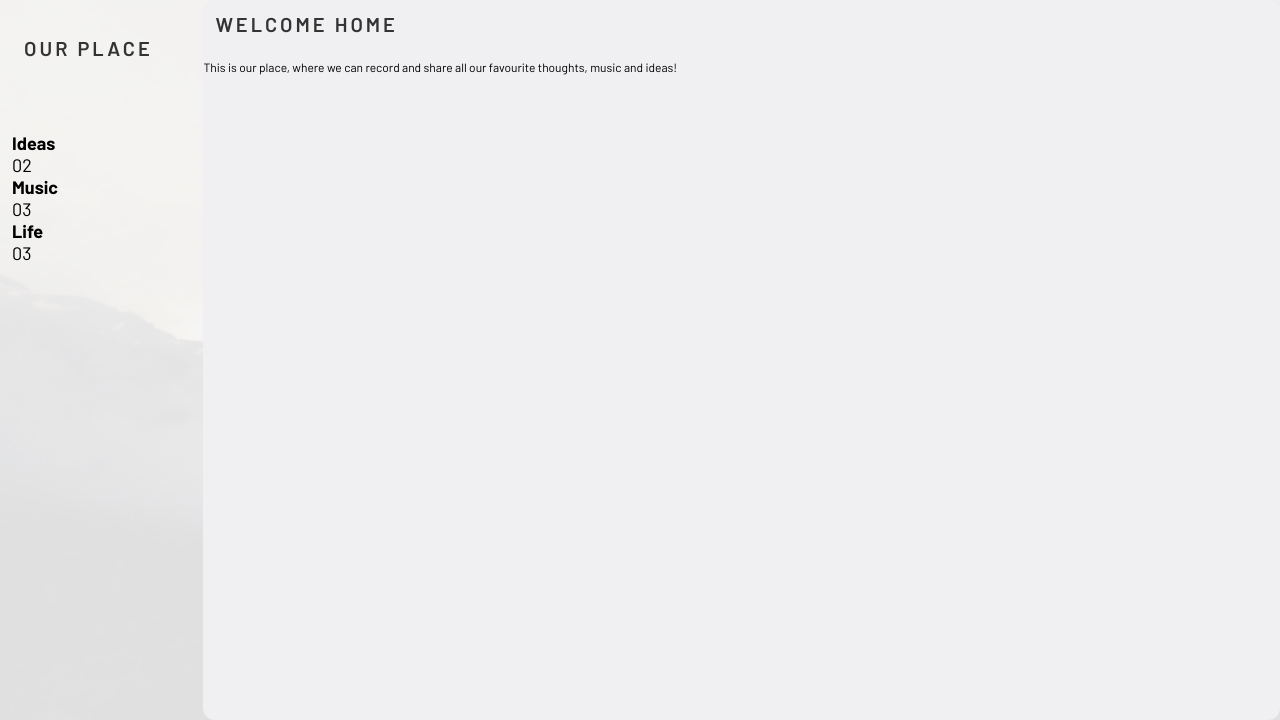
Repository: meghan-kradolfer/our-space-v1
Page: /
These files come from the project's save history. The page is drawn as it stood at one moment and after the next save; the edit follows.
The browser window is 1280 px wide. The pictures show the whole page.
The project was rebuilt for these pictures with package versions that can differ from the ones it lists, and the page was loaded fresh each time. Also part of the build but not shown: src/containers/music/index.js, src/components/footer.js.

Above is the page before, as saved 2017-11-17 20:05:58.

After the next save:
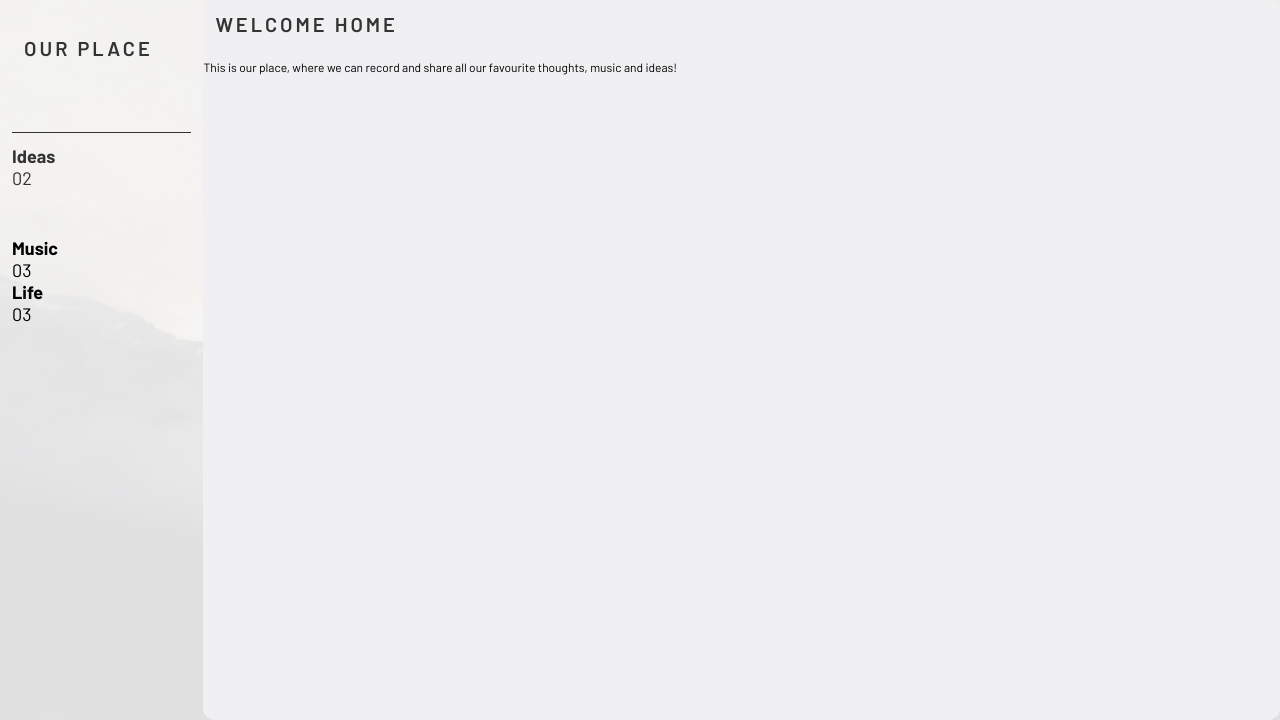
Saved 32 s later.
--- a/src/containers/app/index.js
+++ b/src/containers/app/index.js
@@ -10,7 +10,7 @@ import tracker from "../../utils/google-analytics";
 const App = () => (
   <div className="container">
     <Nav>
-      <Link to="/">
+      <Link to="/" className="nav-item">
         <strong>Ideas</strong>
         02
       </Link>
